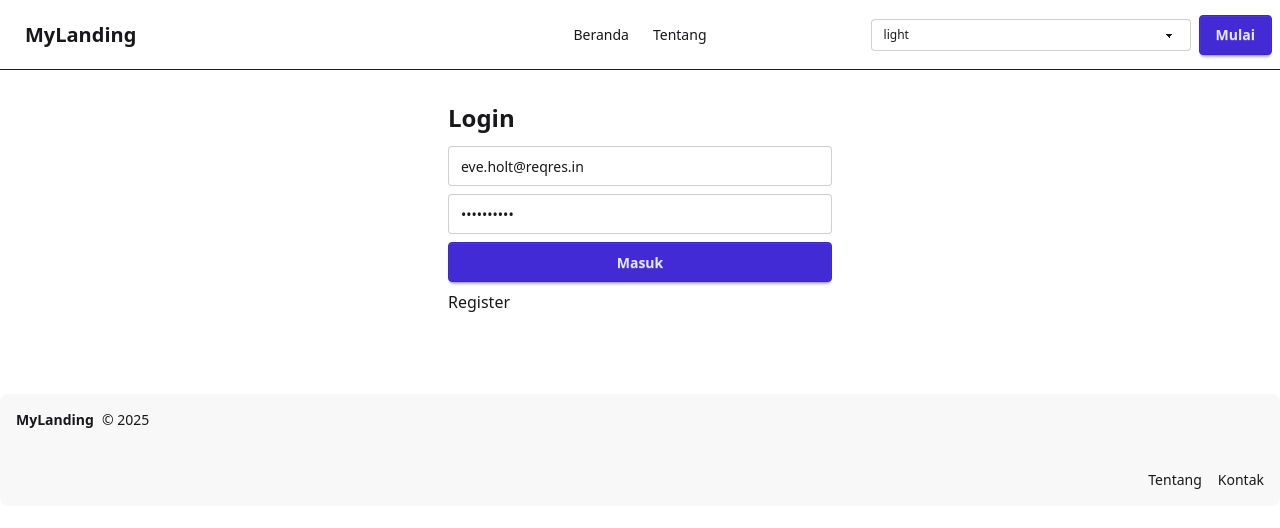
Repository: khulqu15/reactjs-learn
Page: /login (app in day3/)
These files come from the project's save history. The page is drawn as it stood at one moment and after the next save; the edit follows.
The browser window is 1280 px wide. The pictures show the whole page.
The project was rebuilt for these pictures with package versions that can differ from the ones it lists, and the page was loaded fresh each time. Also part of the build but not shown: day3/vite.config.js, day3/src/components/Hero.jsx, day3/src/pages/Home.jsx, day3/src/pages/About.jsx, day3/src/routes/ProtectedRoute.jsx, day3/src/pages/Register.jsx, day3/src/pages/Weather.jsx.

Above is the page before, as saved 2025-09-25 00:18:42.

### day3/src/App.jsx
import { BrowserRouter, Routes, Route } from "react-router-dom";
import DefaultLayout from "./layouts/DefaultLayout";
import Home from "./pages/Home";
import About from "./pages/About";
import AuthProvider from "./context/AuthContext";
import ProtectedRoute from "./routes/ProtectedRoute";
import Login from "./pages/Login";
import Register from "./pages/Register";
import Weather from "./pages/Weather";

export default function App() {
  return (
    <AuthProvider>
      <BrowserRouter>
        <Routes>
          <Route element={<DefaultLayout />}>
            <Route index element={<Home />} />
            <Route path="/about" element={<About />} />
            <Route path="/login" element={<Login />} />
            <Route path="/register" element={<Register />} />
            <Route path="/weather" element={
              <ProtectedRoute><Weather/></ProtectedRoute>
            } />
          </Route>
        </Routes>
      </BrowserRouter>
    </AuthProvider>
  );
}

### day3/src/layouts/DefaultLayout.jsx
import { Outlet } from "react-router-dom";
import Navbar from "../components/Navbar";
import Footer from "../components/Footer";

export default function DefaultLayout() {
  return (
    <div className="min-h-screen w-full bg-base-100 text-base-content">
      <Navbar />
      <main className="container mx-auto px-4 py-8">
        <Outlet />
      </main>
      <Footer />
    </div>
  );
}

### day3/src/context/AuthContext.jsx
import { createContext, useContext, useState } from "react";
const AuthCtx = createContext(null);
export const useAuth = () => useContext(AuthCtx);

export default function AuthProvider({ children }) {
  const [token, setToken] = useState(() => localStorage.getItem("token"));

  const login = (t) => { setToken(t); localStorage.setItem("token", t); };
  const logout = () => { setToken(null); localStorage.removeItem("token"); };

  return (
    <AuthCtx.Provider value={{ token, login, logout }}>
      {children}
    </AuthCtx.Provider>
  );
}

### day3/src/pages/Login.jsx
import { useState } from "react";
import api from "../lib/axios";
import { useAuth } from "../context/AuthContext";
import { useNavigate } from "react-router-dom";

export default function Login() {
  const [email, setEmail] = useState("eve.holt@reqres.in");
  const [password, setPassword] = useState("cityslicka");
  const [loading, setLoading] = useState(false);
  const [err, setErr] = useState("");
  const { login } = useAuth();
  const nav = useNavigate();

  async function onSubmit(e) {
    e.preventDefault(); setErr(""); setLoading(true);
    try {
      const { data } = await api.post("https://reqres.in/api/login", { email, password });
      login(data.token);
      nav("/weather");
    } catch (e) {
      setErr("Login gagal. Coba email/password contoh di atas.");
    } finally { setLoading(false); }
  }

  return (
    <div className="max-w-sm mx-auto space-y-3">
      <h1 className="text-2xl font-bold">Login</h1>
      <form onSubmit={onSubmit} className="space-y-2">
        <input className="input input-bordered w-full" placeholder="Email"
               value={email} onChange={e=>setEmail(e.target.value)} />
        <input className="input input-bordered w-full" placeholder="Password" type="password"
               value={password} onChange={e=>setPassword(e.target.value)} />
        <button className={`btn ${loading?'btn-disabled':'btn-primary'} w-full`}>
          {loading ? "..." : "Masuk"}
        </button>
        <a href="/register">Register</a>
      </form>
      {err && <div className="alert alert-error">{err}</div>}
    </div>
  );
}

### day3/src/components/Navbar.jsx
import { useState } from "react";
import { Link, NavLink } from "react-router-dom";
import ThemeToggle from "./ThemeToggle";

export default function Navbar() {
  const [open, setOpen] = useState(false);

  const linkClass = ({ isActive }) =>
    `px-3 py-2 rounded-lg ${isActive ? "bg-base-200" : "hover:bg-base-200"}`;

  return (
    <div className="navbar bg-base-100 border-b sticky top-0 z-40">
      <div className="navbar-start">
        <div className="dropdown">
          <button className="btn btn-ghost md:hidden" onClick={() => setOpen((v) => !v)} aria-label="Toggle menu">
            ☰
          </button>
          {open && (
            <ul className="menu menu-sm dropdown-content mt-3 z-[1] p-2 shadow bg-base-100 rounded-box w-52">
              <li><NavLink to="/" onClick={() => setOpen(false)} className={linkClass}>Beranda</NavLink></li>
              <li><NavLink to="/about" onClick={() => setOpen(false)} className={linkClass}>Tentang</NavLink></li>
            </ul>
          )}
        </div>

        <Link to="/" className="btn btn-ghost text-xl">MyLanding</Link>
      </div>

      <div className="navbar-center hidden md:flex">
        <ul className="menu menu-horizontal px-1">
          <li><NavLink to="/" className={linkClass}>Beranda</NavLink></li>
          <li><NavLink to="/about" className={linkClass}>Tentang</NavLink></li>
        </ul>
      </div>

      <div className="navbar-end gap-2">
        <ThemeToggle />
        <Link to="#contact" className="btn btn-primary">Mulai</Link>
      </div>
    </div>
  );
}

### day3/src/components/Footer.jsx
import { Link } from "react-router-dom";

export default function Footer() {
  return (
    <footer className="footer items-center p-4 mt-12 bg-base-200 text-base-content rounded-box">
      <aside className="items-center grid-flow-col">
        <span className="font-semibold">MyLanding</span>
        <p>© {new Date().getFullYear()}</p>
      </aside>
      <nav className="grid-flow-col gap-4 md:place-self-center md:justify-self-end">
        <Link className="link link-hover" to="/about">Tentang</Link>
        <a className="link link-hover" href="#contact">Kontak</a>
      </nav>
    </footer>
  );
}

### day3/src/lib/axios.js
import axios from "axios";

const api = axios.create({ timeout: 10000 });

api.interceptors.request.use((config) => {
  const token = localStorage.getItem("token");
  if (token) config.headers.Authorization = `Bearer ${token}`;
  return config;
});

export default api;

### day3/src/components/ThemeToggle.jsx
import { useEffect, useState } from "react";

const THEMES = ["light", "dark", "cupcake"];

export default function ThemeToggle({ className = "" }) {
  const [theme, setTheme] = useState(() => localStorage.getItem("theme") || "light");

  useEffect(() => {
    document.documentElement.setAttribute("data-theme", theme);
    localStorage.setItem("theme", theme);
  }, [theme]);

  return (
    <select
      className={`select select-bordered select-sm ${className}`}
      value={theme}
      onChange={(e) => setTheme(e.target.value)}
      aria-label="Pilih tema"
    >
      {THEMES.map((t) => (
        <option key={t} value={t}>{t}</option>
      ))}
    </select>
  );
}

Loaded but not shown: day3/index.html (common file); day3/src/main.jsx (common file); day3/src/index.css (common file)

After the next save:
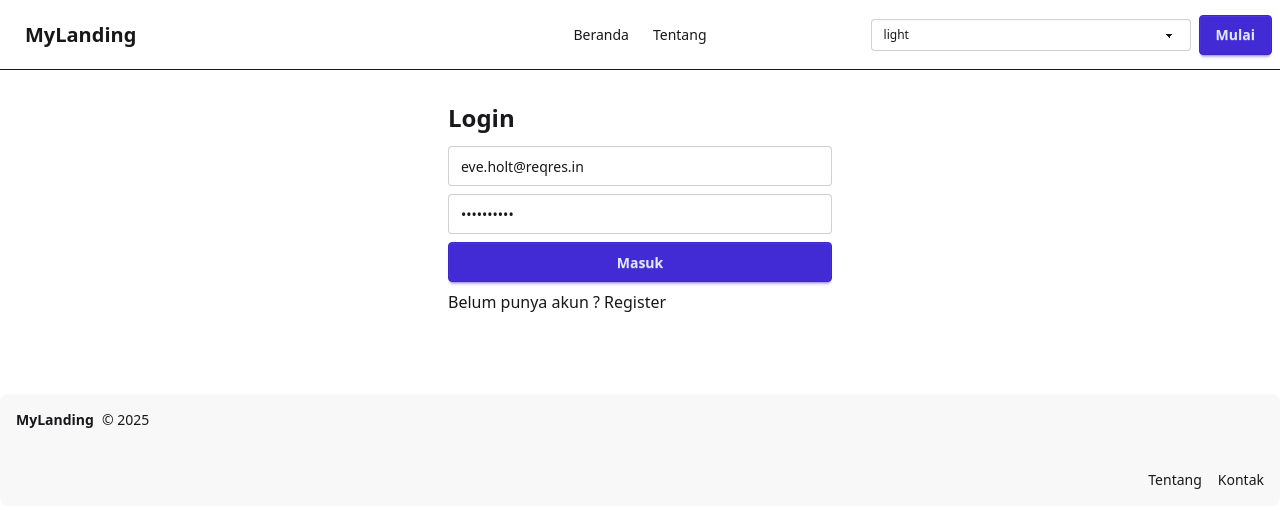
Saved 50 s later.
--- a/day3/src/pages/Login.jsx
+++ b/day3/src/pages/Login.jsx
@@ -33,7 +33,7 @@ export default function Login() {
         <button className={`btn ${loading?'btn-disabled':'btn-primary'} w-full`}>
           {loading ? "..." : "Masuk"}
         </button>
-        <a href="/register">Register</a>
+        <p>Belum punya akun ? <a href="/register">Register</a></p>
       </form>
       {err && <div className="alert alert-error">{err}</div>}
     </div>
